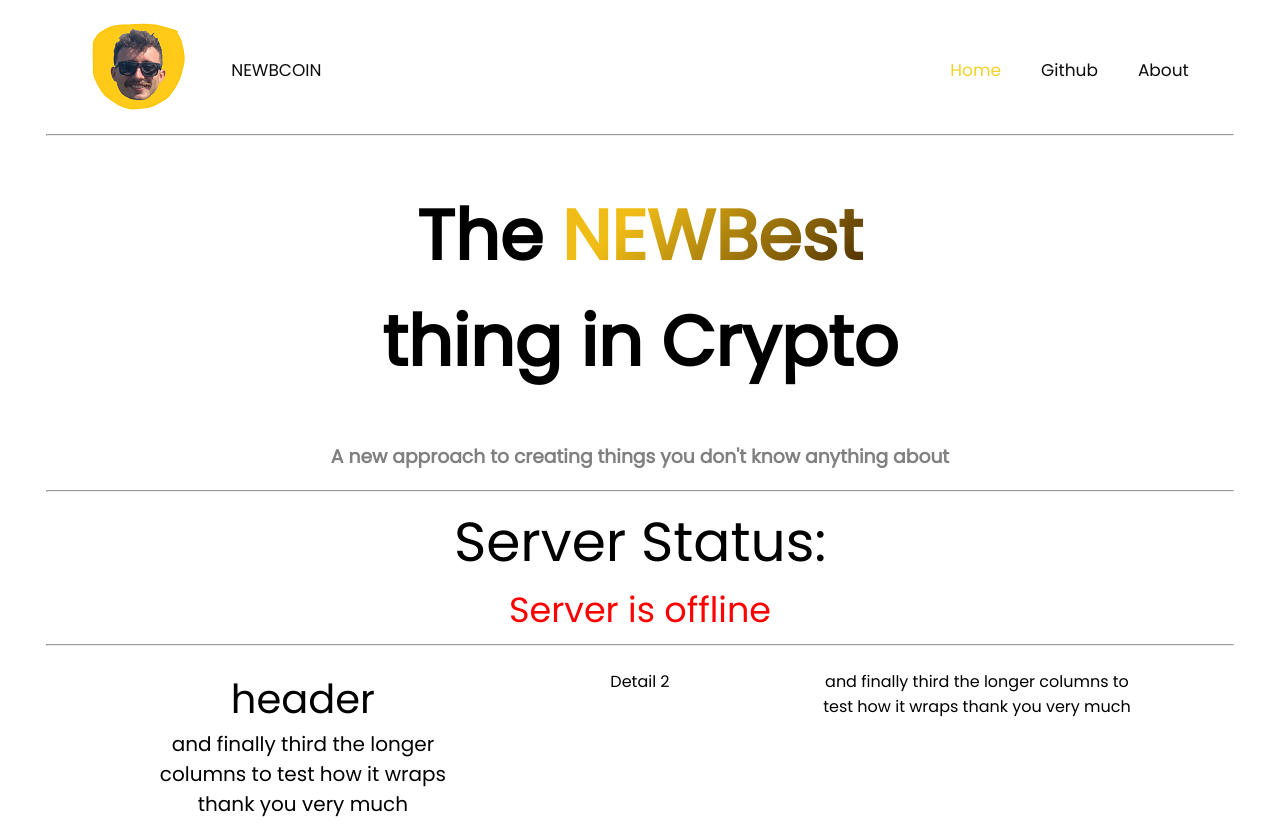
Repository: heartcut/NEWBCOINsite
Page: index.html
These files come from the project's save history. The page is drawn as it stood at one moment and after the next save; the edit follows.
The browser window is 1280 px wide. The pictures show the whole page.
The page's requests for data from a server got no answer.

Above is the page before, as saved 2022-02-09 02:18:07.

### index.html
<!doctype html>

<html lang="en">

<head>
    <meta charset="utf-8">
    <meta name="viewport" content="width=device-width, initial-scale=1">

    <title>NEWBCOIN</title>
    <meta name="description" content="A simple HTML5 Template for new projects.">
    <meta name="author" content="SitePoint">

    <meta property="og:title" content="NEWBCOIN">
    <meta property="og:type" content="website">
    <meta property="og:url" content="https://www.sitepoint.com/a-basic-html5-template/">
    <meta property="og:description" content="A simple HTML5 Template for new projects.">
    <meta property="og:image" content="image.png">

    <link rel="icon" type="image/png" href="favicon-32x32.png">

    <link rel="stylesheet" href="styles.css">

    <link rel="preconnect" href="https://fonts.googleapis.com">
    <link rel="preconnect" href="https://fonts.gstatic.com" crossorigin>
    <link href="https://fonts.googleapis.com/css2?family=Poppins:wght@100;400&display=swap" rel="stylesheet">
</head>

<body style="font-family:'Poppins', sans-serif;">
    <div class="topnav">
        <img src="newbcoinlogo.png" id="navbarleft" style="vertical-align:middle;" alt="logo" />

        <a href="#news" id="navbarleft">
            NEWBCOIN
        </a>


        <a href="#contact">About</a>
        <a href="#about">Github</a>
        <a class="active" href="#home">Home</a>
    </div>
    <hr style="margin-left: 3%;margin-right: 3%;color:rgb(168, 168, 163)">


    <h1 style="text-align: center;font-size: 70px;">
        The
        <span
            style="background: -webkit-linear-gradient(315deg,#f0bd16 25%,#462801);background-clip: text;-webkit-background-clip: text;-webkit-text-fill-color: transparent;">
            NEWBest</span>
        <div>thing in Crypto</div>

    </h1>
    <h3 style="text-align: center;color: grey;">A new approach to creating things you don't know anything about</h3>
    <hr style="margin-left: 3%;margin-right: 3%;color:rgb(168, 168, 163)">


    <div style="text-align: center;font-size: 55px;">Server Status:</div>
    <div style="text-align: center;font-size: 35px;" class="statusofserver">Checking Server Status...</div>

    <hr style="margin-left: 3%;margin-right: 3%;color:rgb(168, 168, 163)">

    <div class="featuresrow" style="text-align: center;padding-top: 15px;margin-left: 10%;margin-right: 10%;">
        <div class="featurescolumn">
            <div style="font-size: 40px;">header</div>
            <div style="font-size: 20px;">and finally third the longer columns to test how it wraps thank you very much
            </div>
        </div>
        <div class="featurescolumn"> Detail 2</div>
        <div class="featurescolumn">and finally third the longer columns to test how it wraps thank you very much</div>
    </div>

    <script src="scripts.js"></script>
</body>

</html>

### styles.css
/* Add a black background color to the top navigation */
.topnav {
  overflow: hidden;
  padding-left: 5%;
  padding-right: 5%;
  }

  /* Style the links inside the navigation bar */
  .topnav a,img {
    float: right;
    color: #0e0d0d;
    padding: 15px 20px;
    text-decoration: none;
    text-align: center;
    font-size: 17px;

  }
  .topnav a {
    margin-top: 34px;

  }
  /* Change the color of links on hover */
  .topnav a:hover {
    color: rgb(240, 210, 40);
  }
 #navbarleft{
     float: left;
 }
  /* Add a color to the active/current link */
  .topnav a.active {
    color: rgb(240, 210, 40);
  }

  .featurescolumn {
    float: left;
    width: 33.33%;
  }

  /* Clear floats after the columns */
  .featuresrow:after {
    content: "";
    display: table;
    clear: both;
  }

### scripts.js

window.onload = function () {
    //collection[0].innerHTML = "Server is online";
    getstatus();

};

async function getstatus() {
    try {
        var uri = 'http://google.com'
        //var uri = 'http://127.0.0.1:5000/api/statuscheck/'
        var xhr = new XMLHttpRequest();
        xhr.open("GET", uri, false);
        xhr.send(null);
        const collection = document.getElementsByClassName("statusofserver");
        collection[0].innerHTML = "Server is online";
        collection[0].style.color = "green";
    }
    catch (err) {
        //is offline

        const collection = document.getElementsByClassName("statusofserver");
        collection[0].innerHTML = "Server is offline";
        collection[0].style.color = "red";
    }

    // if (xhr.status == 200) {
    //     //is online
    //     const collection = document.getElementsByClassName("statusofserver");

    //     collection[0].innerHTML = "Server is online";
    //     collection[0].style.color = "green";
    // }
    // else {
    //     //is offline
    //     const collection = document.getElementsByClassName("statusofserver");

    //     collection[0].innerHTML = "Server is offline";
    //     collection[0].style.color = "red";
    // }

}

After the next save:
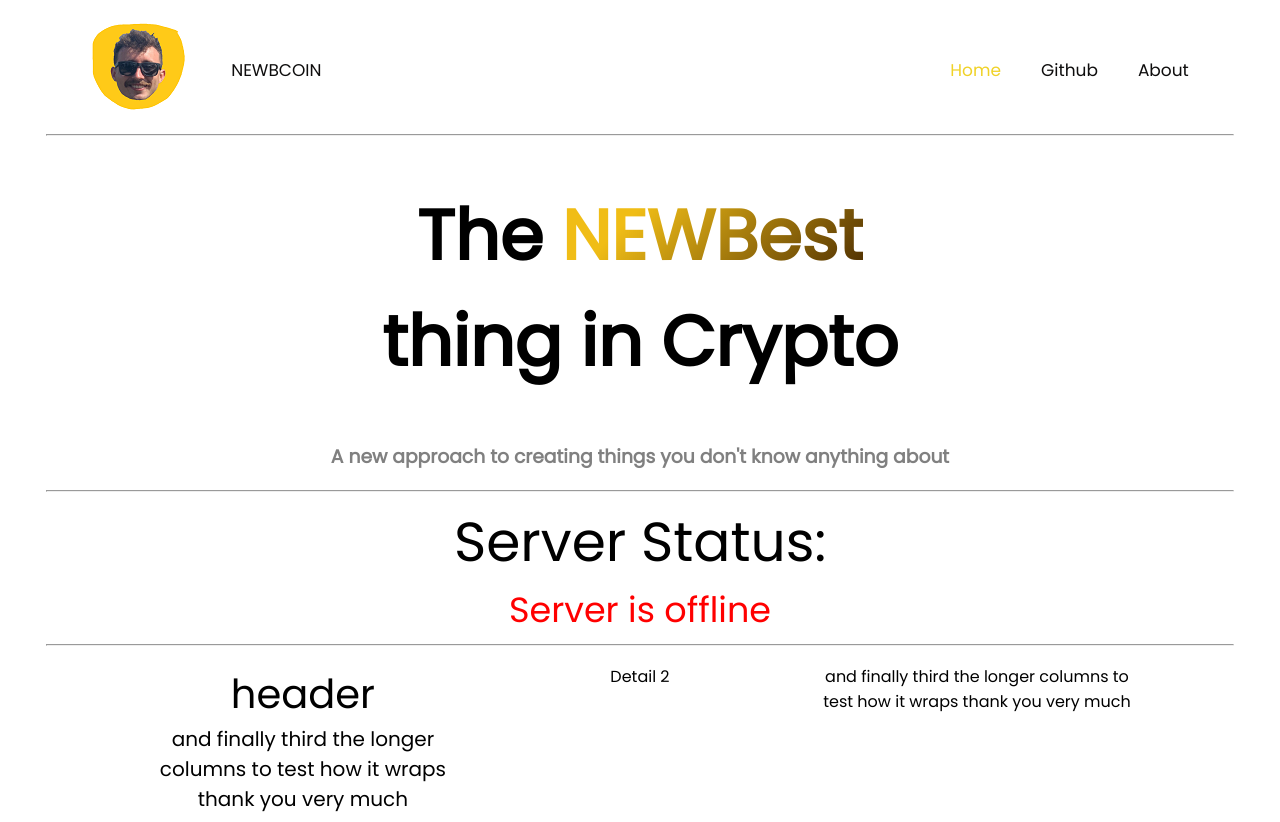
Saved 11 s later.
--- a/index.html
+++ b/index.html
@@ -58,7 +58,7 @@
 
     <hr style="margin-left: 3%;margin-right: 3%;color:rgb(168, 168, 163)">
 
-    <div class="featuresrow" style="text-align: center;padding-top: 15px;margin-left: 10%;margin-right: 10%;">
+    <div class="featuresrow" style="text-align: center;padding-top: 10px;margin-left: 10%;margin-right: 10%;">
         <div class="featurescolumn">
             <div style="font-size: 40px;">header</div>
             <div style="font-size: 20px;">and finally third the longer columns to test how it wraps thank you very much
